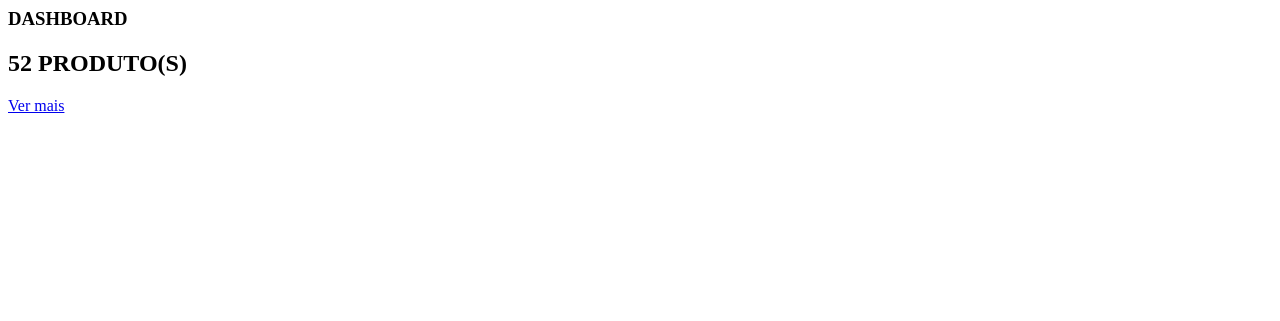
Repository: leobritto-sudo/pokemon-center
Page: http://localhost/App/Views/manager/manager.phtml
These files come from the project's save history. The page is drawn as it stood at one moment and after the next save; the edit follows.
The browser window is 1280 px wide. The pictures show the whole page.
The page is run by PHP 8.4 with error messages shown; the project is at /var/www/html/.

Above is the page before, as saved 2022-11-17 22:45:11.

After the next save:
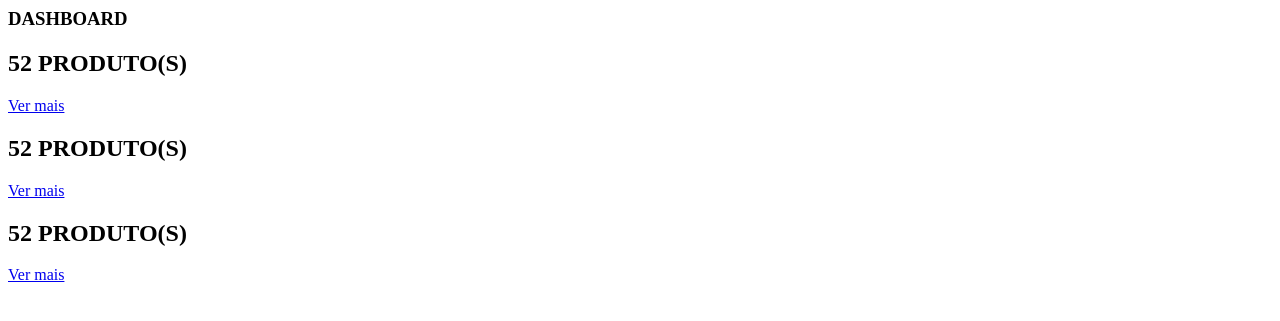
Saved 15 s later.
--- a/App/Views/manager/manager.phtml
+++ b/App/Views/manager/manager.phtml
@@ -13,4 +13,20 @@
             </div>
         </div>
     </div>
+    <div class="card w-100 mt-3">
+        <div class="div-img">
+            <div class="text-card">
+                <h2 class="font-weight-bold text-center mb-3">52 PRODUTO(S)</h2>
+                <a href="/product-consult" class="btn btn-primary btn-block w-75 mx-auto">Ver mais</a>
+            </div>
+        </div>
+    </div>
+    <div class="card w-100 mt-3">
+        <div class="div-img">
+            <div class="text-card">
+                <h2 class="font-weight-bold text-center mb-3">52 PRODUTO(S)</h2>
+                <a href="/product-consult" class="btn btn-primary btn-block w-75 mx-auto">Ver mais</a>
+            </div>
+        </div>
+    </div>
 </div>
